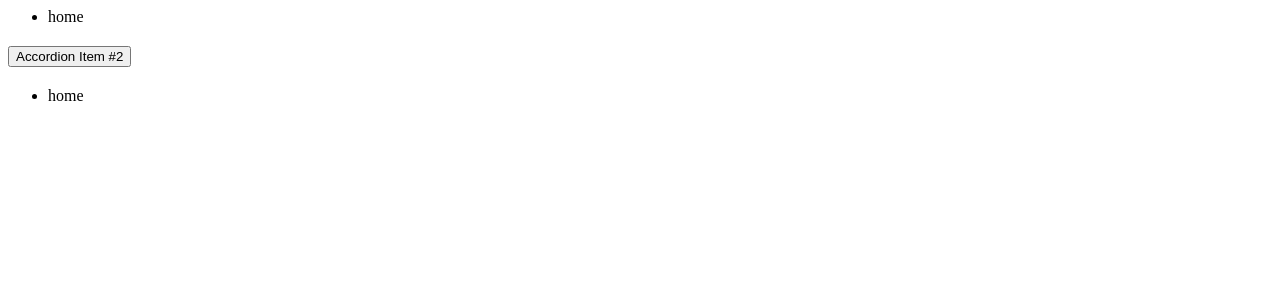
Repository: anildevaki1/MSSGL-shareModule
Page: component/sidenavbar.html
The author's editor kept a copy of each file at every save. The page is drawn from the files as they stood at one save, then again after the next save.
The browser window is 1280 px wide. The pictures show the whole page.

Above is the page before, as saved 2023-01-10 19:25:52.

### component/sidenavbar.html
<ul class="list-group w-100">
    <li class="list-group-item">home</li>

</ul>


<div class="accordion-item">
    <h2 class="accordion-header" id="flush-headingTwo">
        <button class="accordion-button collapsed" type="button" data-bs-toggle="collapse"
            data-bs-target="#flush-collapseTwo" aria-expanded="false" aria-controls="flush-collapseTwo">
            Accordion Item #2
        </button>
    </h2>
    <div id="flush-collapseTwo" class="accordion-collapse collapse" aria-labelledby="flush-headingTwo"
        data-bs-parent="#accordionFlushExample">
        <div class="accordion-body">
            <ul class="list-group w-100">
                <li class="list-group-item">home</li>

            </ul>
        </div>
    </div>
</div>

After the next save:
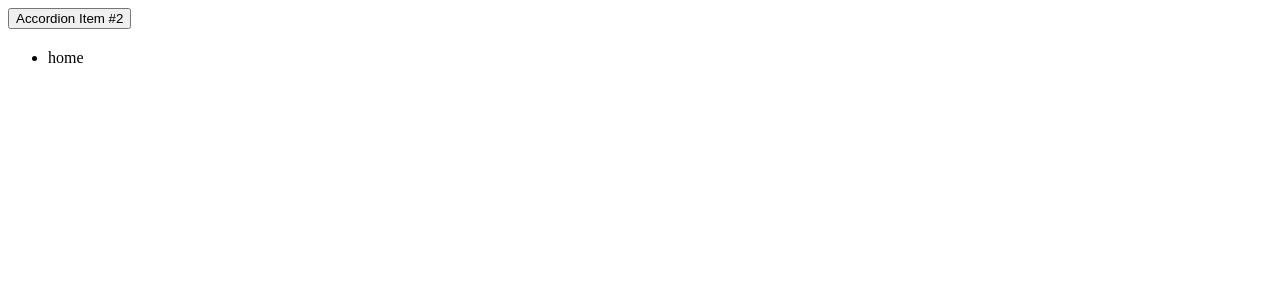
Saved 5 s later.
--- a/component/sidenavbar.html
+++ b/component/sidenavbar.html
@@ -1,7 +1,3 @@
-<ul class="list-group w-100">
-    <li class="list-group-item">home</li>
-
-</ul>
 
 
 <div class="accordion-item">
